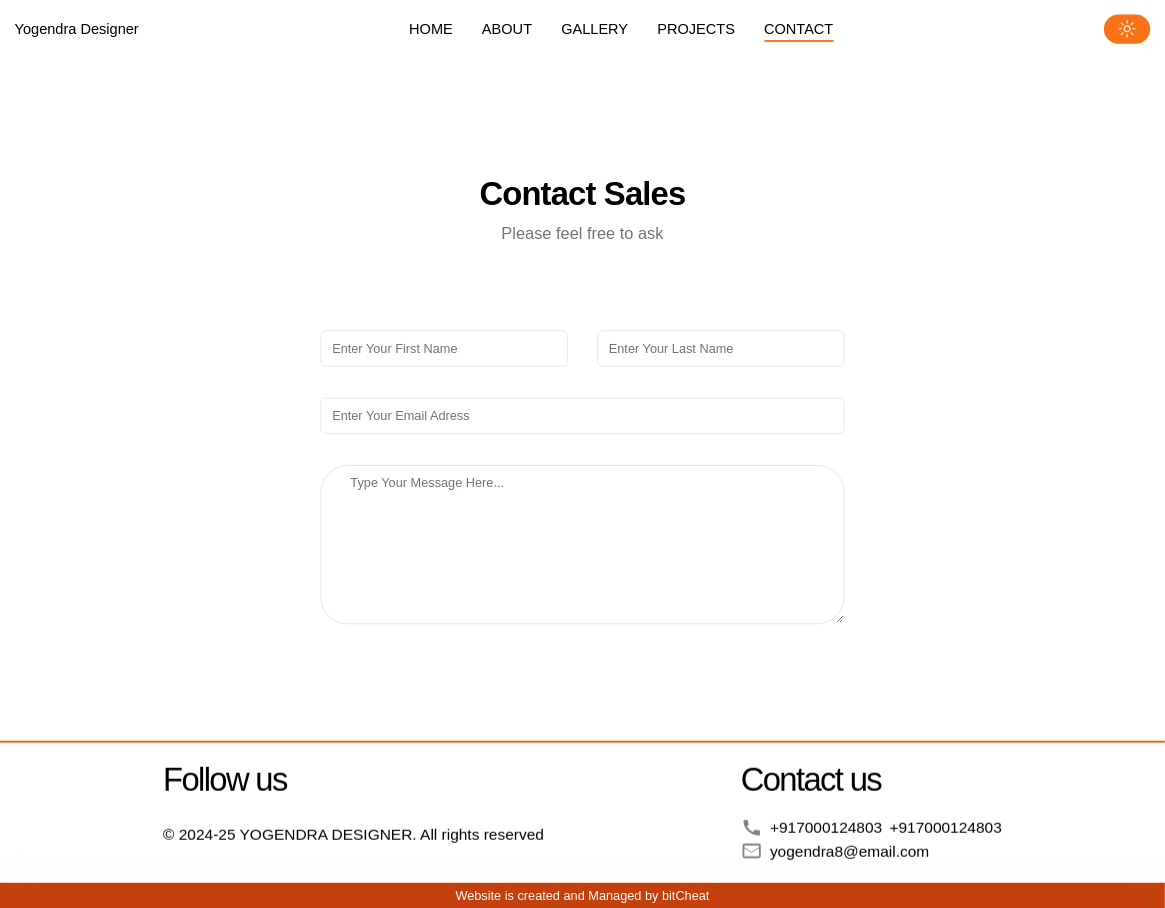
Repository: hitoutvrma/MB_designs-Interior-Designing-website
Page: /contact
These files come from the project's save history. The page is drawn as it stood at one moment and after the next save; the edit follows.
The browser window is 1280 px wide. The pictures show the whole page, at 91% of full size.
The project was rebuilt for these pictures with package versions that can differ from the ones it lists, and the page was loaded fresh each time. The framework's server and built-in components were replaced by stand-ins that run in the browser. Also part of the build but not shown: next.config.mjs.

Above is the page before, as saved 2024-09-16 18:53:33.

After the next save:
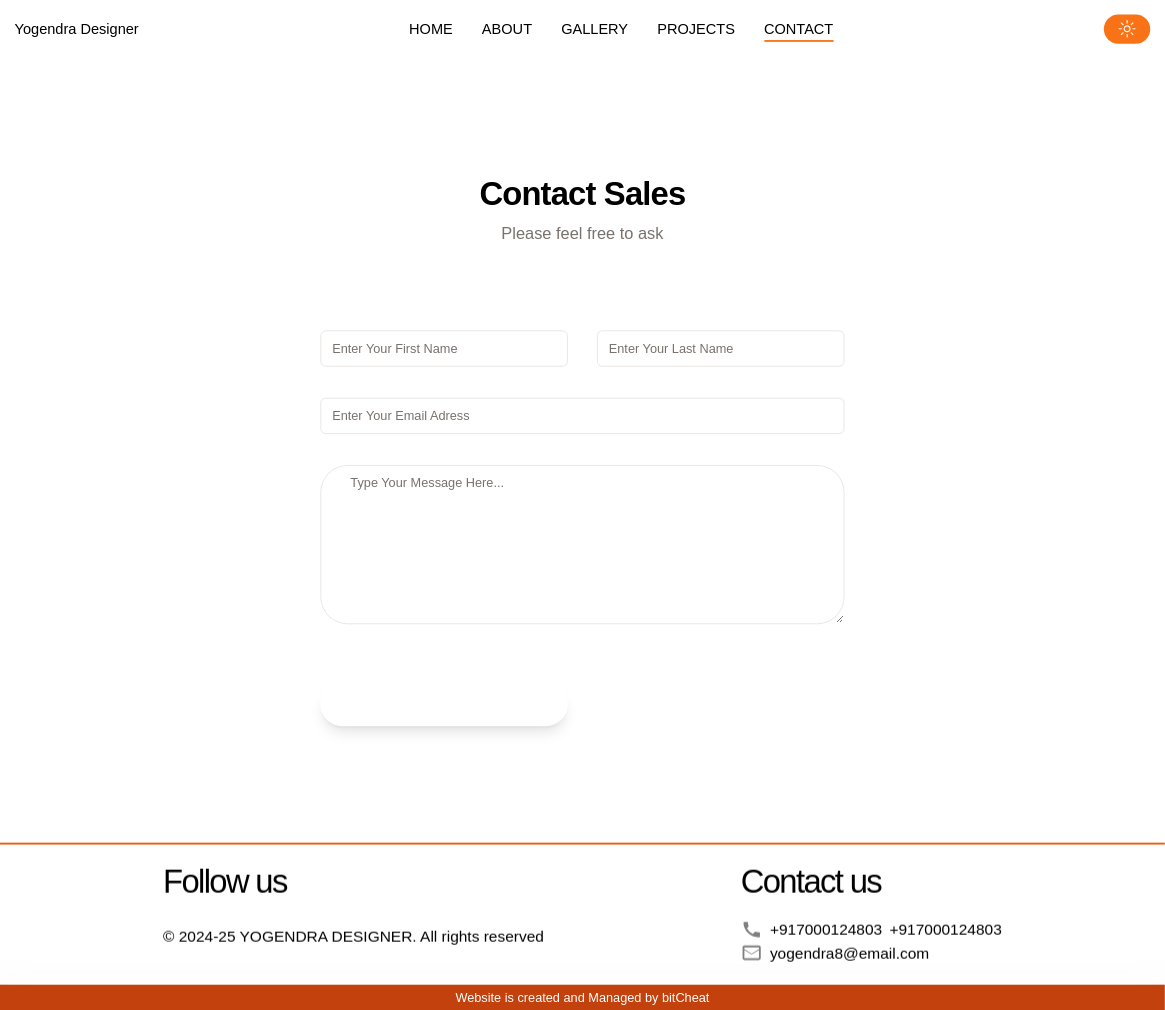
Saved 49 min 41 s later.
--- a/app/contact/page.jsx
+++ b/app/contact/page.jsx
@@ -1,5 +1,6 @@
 import { Input } from "@/components/ui/input";
 import { Textarea } from "@/components/ui/textarea";
+import { TbArrowUpRight } from "react-icons/tb";
 
 export default function ContactSection(){
   return (
@@ -26,6 +27,9 @@ export default function ContactSection(){
                 <Textarea placeholder='Type Your Message Here...'/>
                 </div>
               </div>
+              <div className="mt-10">
+                <button type="submit" className="flex w-full items-center px-8 py-3 text-white rounded-full shadow-lg hover:bg-gray-800 hover:ring-2 hover:ring-gray-950 ring-offset-2">Let's Talk<TbArrowUpRight className="w-5 h-5 ml-2"/></button>
+                 </div>
             </div>
 
           </form>
